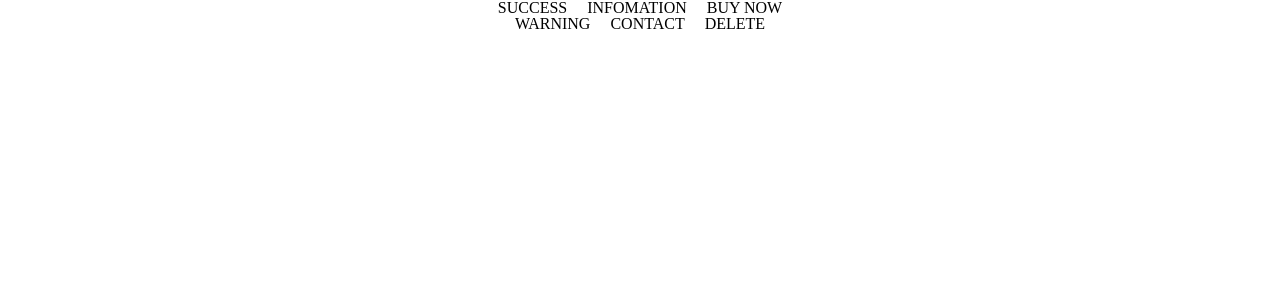
Repository: ThanhPhongsof/Css-Course
Page: index.html
An editor plug-in stored every save of this project. The page is shown before and after the next save, followed by the edit.
The browser window is 1280 px wide. The pictures show the whole page.

Above is the page before, as saved 2022-05-16 08:05:28.

### index.html
<!DOCTYPE html>
<html lang="en">
  <head>
    <meta charset="UTF-8" />
    <meta http-equiv="X-UA-Compatible" content="IE=edge" />
    <meta name="viewport" content="width=device-width, initial-scale=1.0" />
    <title>Document</title>
    <link rel="stylesheet" href="./reset.css" />
    <link rel="stylesheet" href="./styles.css" />
  </head>
  <body>
    <div class="group-button">
      <a href="" class="button button--green">success</a>
      <a href="" class="button button--blue">infomation</a>
      <a href="" class="button button--purple">buy now</a>
    </div>
    <div class="group-button">
      <a href="" class="button button--orange">warning</a>
      <a href="" class="button button--red">contact</a>
      <a href="" class="button button--pink">delete</a>
    </div>
  </body>
</html>

### styles.css
.group-button {
  display: flex;
  align-items: center;
  justify-content: center;
  gap: 20px;
}

.button {
  color: black;
  text-decoration: none;
  text-transform: uppercase;
}

.button--green {
}

Loaded but not shown: reset.css (common file)

After the next save:
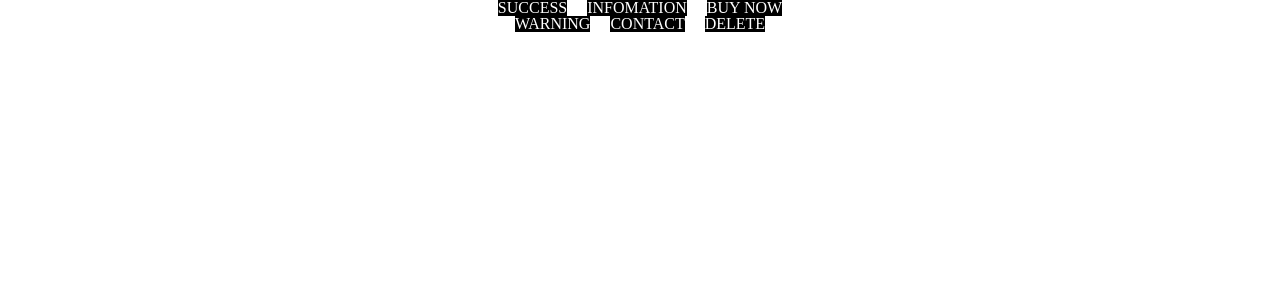
Saved 13 s later.
--- a/styles.css
+++ b/styles.css
@@ -6,7 +6,8 @@
 }
 
 .button {
-  color: black;
+  background: #000;
+  color: white;
   text-decoration: none;
   text-transform: uppercase;
 }
